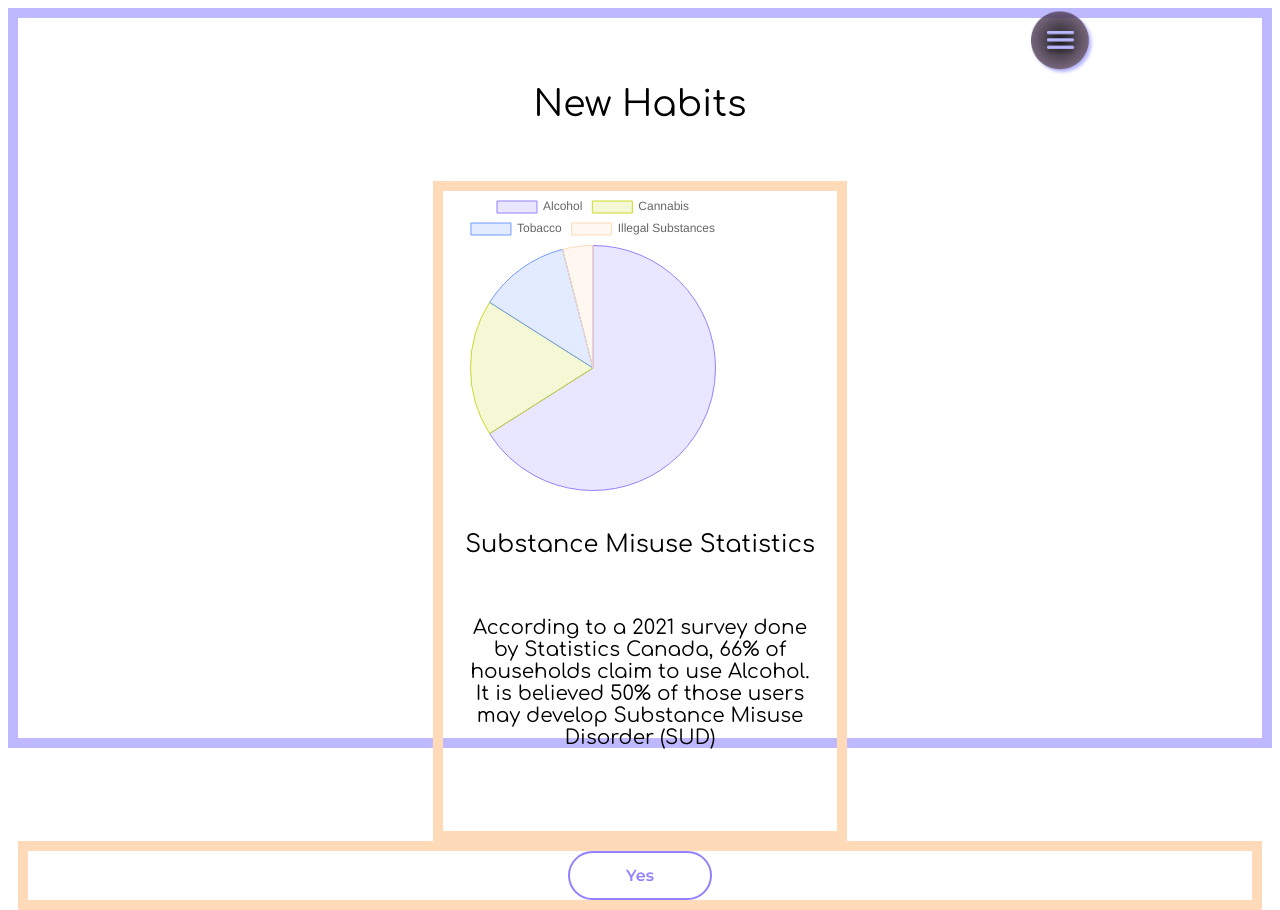
Repository: olivia-sk/MDIA-2109-2106-Big-Project
Page: /statistics3/statistics
An editor plug-in stored every save of this project. The page is shown before and after the next save, followed by the edit.
The browser window is 1280 px wide. The pictures show the whole page.
The project was rebuilt for these pictures with package versions that can differ from the ones it lists, and the page was loaded fresh each time. The framework's server and built-in components were replaced by stand-ins that run in the browser. Also part of the build but not shown: next.config.js, styles/globals.css, components/Button/Button.module.css, components/Button/index.js, components/WaterWave/Wave.module.css, components/WaterWave/index.js.

Above is the page before, as saved 2023-04-15 15:33:52.

After the next save:
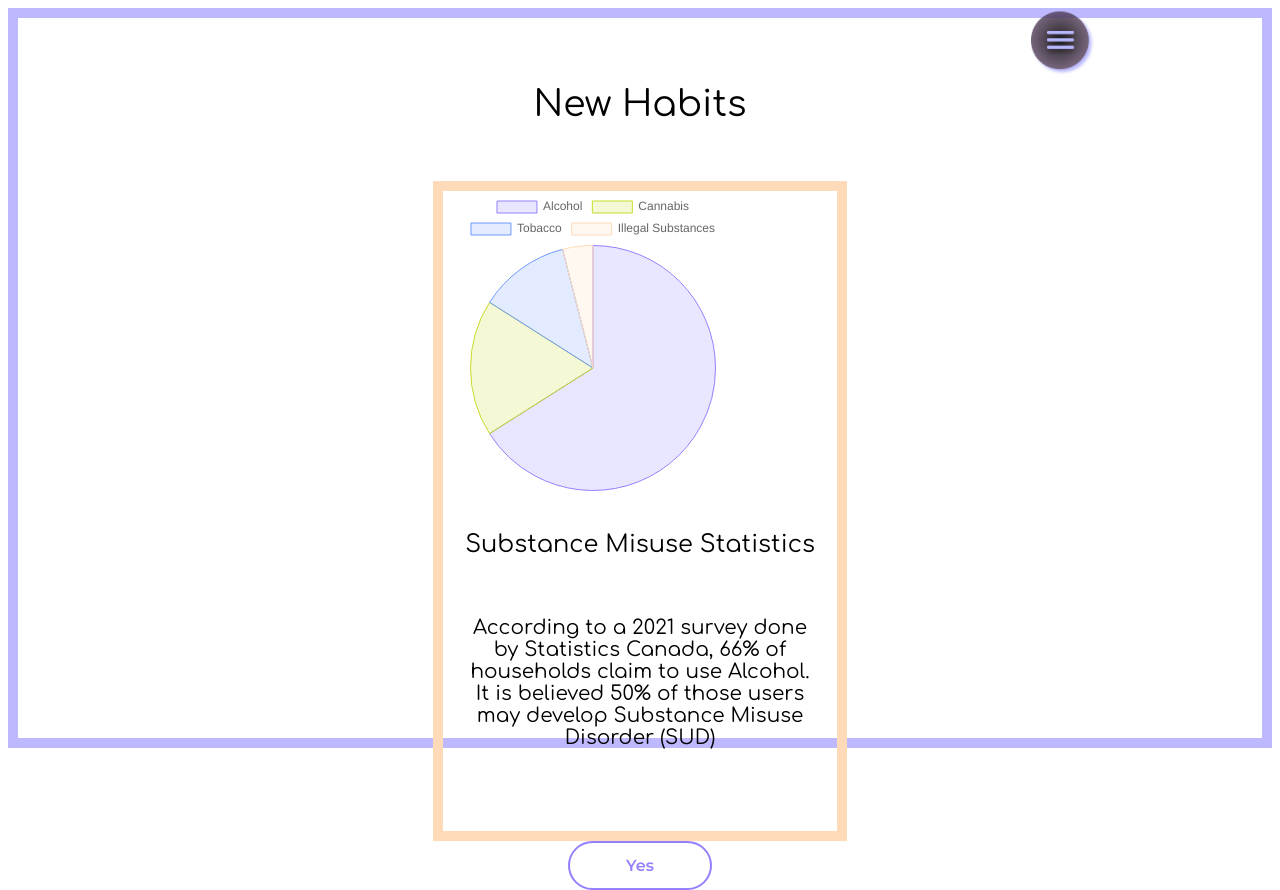
Saved 6 s later.
--- a/styles/Statistics.module.css
+++ b/styles/Statistics.module.css
@@ -50,7 +50,6 @@
 }
 .div2 {
   grid-area: 3 / 1 / 4 / 4;
-  border: solid 10px rgba(255, 218, 185, 1);
   display: flex;
   justify-content: center;
 }
